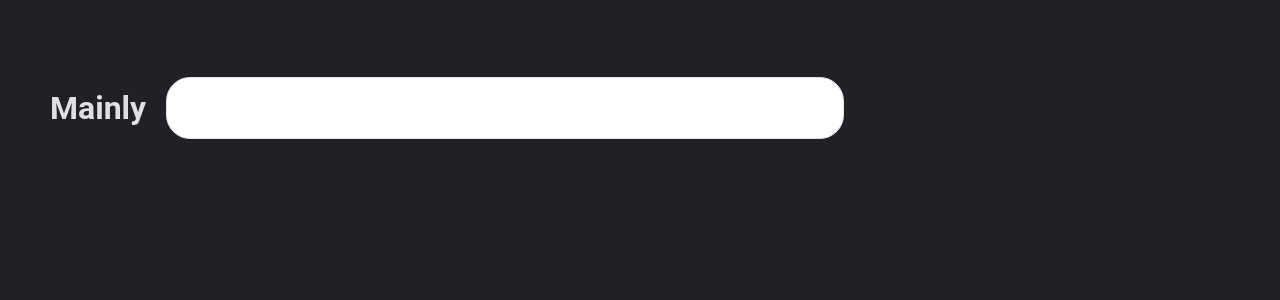
Repository: M1NARTY/WebProgramming
Page: feelLuck.html
The author's editor kept a copy of each file at every save. The page is drawn from the files as they stood at one save, then again after the next save.
The browser window is 1280 px wide. The pictures show the whole page.

Above is the page before, as saved 2023-12-18 00:36:57.

### feelLuck.html
<!DOCTYPE html>
<html lang="ko">
    <head>
        <meta charset="UTF-8">
        <title>Mainly Dude</title>
        <link rel="stylesheet" href="feelLuck.css">
        <style>

        </style>
    </head>
    <body style="background-color:#202027">
        <div class="top">
            <h1>Mainly</h1>
            <div class="box"></div>
        </div>
    </body>
</html>

### feelLuck.css
body {
    height: 100%;
    margin: 0;
}

.top {
    display: flex;
    align-items: center; /* 세로 중앙 정렬을 위해 추가 */
    height: 30vh; /* 화면 전체 높이를 차지하도록 설정 */
}

.top h1  {
    font-family: "Roboto";
    color: #dfe0e1;
    margin-left: 50px;
}

/* .box {
    display: inline-block;
    width: 616px;
    margin: 20px;
    padding : 30px;
    border : 1px solid #DFE1E5;
    border-radius : 24px;
    background: #FFF;
    height: 100%;
} */

.box {
    width: 616px;
    margin: 20px;
    padding: 30px;
    border: 1px solid #DFE1E5;
    border-radius: 24px;
    background: #FFF;
}

After the next save:
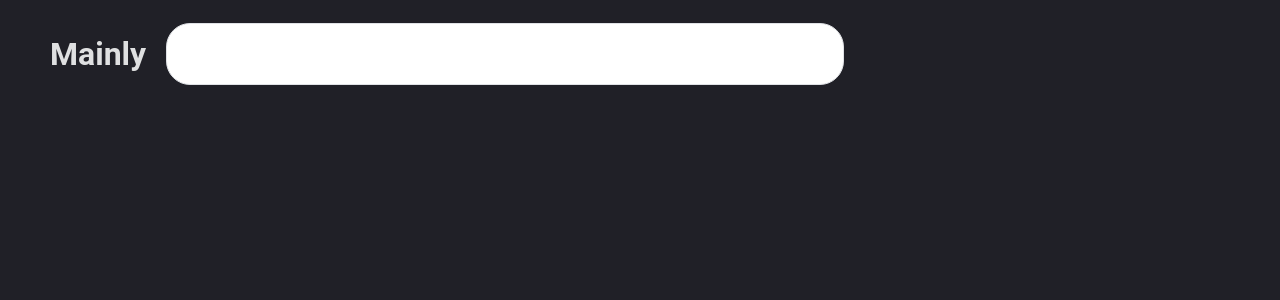
Saved 6 s later.
--- a/feelLuck.css
+++ b/feelLuck.css
@@ -6,7 +6,7 @@
 .top {
     display: flex;
     align-items: center; /* 세로 중앙 정렬을 위해 추가 */
-    height: 30vh; /* 화면 전체 높이를 차지하도록 설정 */
+    height: 15vh; /* 화면 전체 높이를 차지하도록 설정 */
 }
 
 .top h1  {
